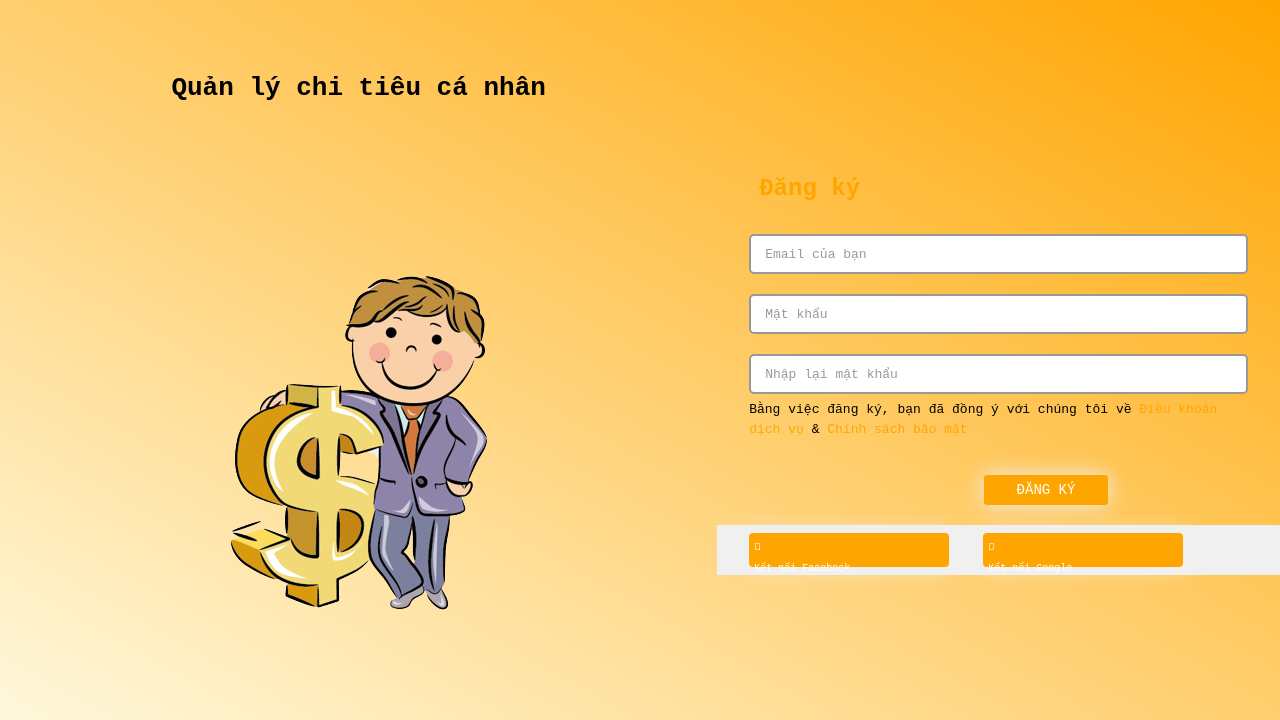
Repository: ximvhs/sochitieu
Page: login.html
These files come from the project's save history. The page is drawn as it stood at one moment and after the next save; the edit follows.
The browser window is 1280 px wide. The pictures show the whole page.
Some web fonts or font styles are not loaded; a fallback is used.

Above is the page before, as saved 2023-04-05 10:10:09.

### login.html
<!DOCTYPE html>
<html lang="en">
<head>
    <meta charset="UTF-8">
    <meta http-equiv="X-UA-Compatible" content="IE=edge">
    <meta name="viewport" content="width=device-width, initial-scale=1.0">
    <title>Đăng nhập</title>
    <link rel="stylesheet" href="./assets/css/login.css">
    <link rel="stylesheet" href="./assets/css/grid.css">
    <link rel="stylesheet" href="./assets/css/resets.css">
    <link rel="stylesheet" href="./assets/css/responsive.css">
    <link rel="stylesheet" href="./assets/css/base.css">
    <link rel="stylesheet" href="./themify-icons-font/themify-icons/themify-icons.css">
    <link rel="stylesheet" href="https://fonts.googleapis.com/css2?family=Material+Symbols+Outlined:opsz,wght,FILL,GRAD@20..48,100..700,0..1,-50..200" />
    <link rel="preconnect" href="https://fonts.googleapis.com">
    <link rel="preconnect" href="https://fonts.gstatic.com" crossorigin>
    <link href="https://fonts.googleapis.com/css2?family=Dongle:wght@700&display=swap" rel="stylesheet">
    <link rel="stylesheet" href="https://stackpath.bootstrapcdn.com/font-awesome/4.7.0/css/font-awesome.min.css"
    integrity="sha384-wvfXpqpZZVQGK6TAh5PVlGOfQNHSoD2xbE+QkPxCAFlNEevoEH3Sl0sibVcOQVnN" crossorigin="anonymous">
    <link rel="preconnect" href="https://fonts.gstatic.com">
    <link href="https://fonts.googleapis.com/css2?family=Open+Sans:ital,wght@0,400;0,600;0,700;0,800;1,400&display=swap"
    rel="stylesheet">
</head>
<body>
    <form action="">
        <div class="modal js-show_register">
                <div class="modal__body">
                    <div class="auth-form--left">
                        <H1>Quản lý chi tiêu cá nhân</H1>
                        <img src="./img/logo-login.png" alt="">
                    </div>
                    <div class="auth-form--right js-auth-form">
                        <div class="auth-form__container">
                            <div class="auth-form__header">
                                <h3 class="auth-form__heading">Đăng ký</h3>
                            </div>

                            <div class="auth-form__form">
                                <div class="auth-form__group">
                                    <input type="text" class="auth-form__input" required placeholder=" ">
                                    <div class="form-label">Email của bạn</div>
                                </div>
                                <div class="auth-form__group">
                                    <input type="password" class="auth-form__input" required placeholder=" ">
                                    <div class="form-label">Mật khẩu</div>
                                </div>
                                <div class="auth-form__group">
                                    <input type="password" class="auth-form__input" required placeholder=" ">
                                    <div class="form-label">Nhập lại mật khẩu</div>
                                </div>
                            </div>

                            <div class="auth-form__aside">
                                <p class="auth-form__policy-text">
                                    Bằng việc đăng ký, bạn đã đồng ý với chúng tôi về
                                    <a href="#" class="auth-form__text-link">Điều khoản dịch vụ</a> &
                                    <a href="#" class="auth-form__text-link">Chính sách bảo mật</a>
                                </p>
                            </div>
                            <div class="auth-form__controls">
                                <button class="btn btn--normal btn--primary">ĐĂNG KÝ</button>
                            </div>
                        </div>

                        <div class="auth-form__socials">
                            <a href="#" class="auth-form__socials--facebook btn btn--size-s btn--with-icon">
                                <i class="auth-form__socials-icon fab fa-facebook-square"></i>
                                <span class="auth-form__socials-text">Kết nối Facebook</span>
                            </a>
                            <a href="#" class="auth-form__socials--google btn btn--size-s btn--with-icon">
                                <i class="auth-form__socials-icon fab fa-google"></i>
                                <span class="auth-form__socials-text">Kết nối Google</span>
                            </a>
                        </div>
                    </div>
                </div>
        </div>
    </form>
</body>
</html>

### assets/css/login.css
.modal {
    background-image: linear-gradient(to top right, var(--primary-color), var(--secondary-color));
    height: 100vh;
}

.modal__body {
    height: 100vh;
    display: flex;
    justify-content: space-between;
    align-items: center;

}

.auth-form--left {
    height: 100vh;
    display: flex;
    justify-content: center;
    align-items: center;
    flex-wrap: wrap;
}



/* modal */
.itemhd button {
    height: 35px;
    width: 90px;
    margin-left: 10px;
    cursor: pointer;
    background-color: var(--secondary-color);
    border: none;
    border-radius: var(--border-box);
    padding: 5px;
    color: white;
    font-size: 14px;
    font-weight: 700;
}

.itemhd button:hover {
    opacity: 0.8;
}

.modal {
    position: fixed;
    z-index: 3;
    background-color: rgba(0, 0, 0, 0.5);
    top: 0;
    bottom: 0;
    right: 0;
    left: 0;
    /* display: none; */
    animation: fadeIn linear 0.1s;
    /* display: flex; */
}


.modal__body {
    position: relative;
    margin: auto;
}

.auth-form {
    width: 500px;
    background-color: white;
    border-radius: 5px;
    overflow: hidden;
    min-width: 20px;
    box-shadow: 0 0 12px rgb(0 0 0 / 70%);
    animation: Slide ease 0.5s;
}

.auth-form__container {
    padding: 0 32px;
}

.auth-form__header {
    display: flex;
    justify-content: space-between;
    align-items: center;
}

.auth-form__heading {
    font-size: 24px;
    padding: 10px;
    color: var(--secondary-color);
}

.auth-form__switch-btn {
    font-size: 16px;
    padding: 10px;
    color: var(--border-color);
}

.auth-form__switch-btn:hover {
    cursor: pointer;
    opacity: 0.7;
}

.auth-form__form input {
    width: 100%;
    height: 40px;
    padding: 12px;
    margin-bottom: 20px;
    border: solid 2px var(--border-color);
    outline: none;
    transition: all 0.5s ease;
    border-radius: 5px;
}

.auth-form__form input:focus {
    border: solid 2px var(--secondary-color);
}

.auth-form__group {
    position: relative;
}


.auth-form__group .form-label {
    position: absolute;
    font-size: 13px;
    color: var(--border-color);
    top: 35%;
    left: 16px;
    transform: translate(0,-50%);
    pointer-events: none;
    transition: all 0.3s ease;
    z-index: 1;
}

.auth-form__group .auth-form__input:not(:placeholder-shown) +.form-label,
.auth-form__group .auth-form__input:focus +.form-label {
    position: absolute;
    top: 0;
    left: 8px;
    display: inline-block;
    padding: 2px 10px;
    color: var(--secondary-color);
    font-size: 12px;
    z-index: 2;
    background-color: white;
}

.auth-form__text-link {
    text-decoration: none;
    color: var(--secondary-color);
}

.auth-form__text-link:hover {
    opacity: 0.7;
}


.auth-form__controls {
    display: flex;
    justify-content: right;
    height: 50px;
    width: 100%;
}

.auth-form__aside {
    float: right;
    margin: 0 0 14px 0;
}

.auth-form__aside a:hover {
    color: var(--secondary-color);
    cursor: pointer;
}

.auth-form__policy-text {
    margin: -14px 0 20px 0;
    transition: all 0.3s ease;
}

.auth-form__controls .btn {
    min-width: 124px;
    /* background-color: var(--white-color); */
    height: 30px;
    font-size: 14px;
    padding: 0 12px;
    border: none;
    border-radius: 3px;
    text-decoration: none;
    display: inline-flex;
    justify-content: center;
    align-items: center;
    cursor: pointer;
}

.auth-form__controls .btn:first-child {
    margin-right: 140px;
}

.auth-form__controls--back {
    border: solid 2px var(--secondary-color) !important;
    background-color: white;
    color: var(--secondary-color);
}

.auth-form__controls--back:hover {
    color: white;
    background-color: var(--secondary-color);
}

.auth-form__socials {
    height: 50px;
    display: flex;
    justify-content: space-between;
    align-items: center;
    background-color: var(--opacity-color);
}

.auth-form__socials--facebook, .auth-form__socials--google {
    width: 200px;
    height: 34px;
    font-size: 14px;
    display: flex;
    justify-content: center;
    align-items: center;
    text-decoration: none;
    padding: 5px;
}

.auth-form__socials--facebook {
    margin-left: 32px;
    background-color:#3a5a98;
}

.auth-form__socials--google {
    margin-left: 266px;
    background-color: white;
    color: black;

}

.auth-form__socials--google:hover {
    background-color: white;
    color: var(--secondary-color);
}

.logo-gg {

}

.auth-form__socials--facebook i, .auth-form__socials--google i {

}

### assets/css/grid.css
.grid {
    width: 100%;
    display: block;
    padding: 0;
}

.grid.wide {
    max-width: 1200px;
    margin: 0 auto;
}

.row {
    display: flex;
    flex-wrap: wrap;
    margin-left: -4px;
    margin-right: -4px;
}

.row.no-gutters {
    margin-left: 0;
    margin-right: 0;
}

.col {
    padding-left: 4px;
    padding-right: 4px;
}

.row.no-gutters .col {
    padding-left: 0;
    padding-right: 0;
}

.c-0 {
    display: none;
}

.c-1 {
    flex: 0 0 8.33333%;
    max-width: 8.33333%;
}

.c-2 {
    flex: 0 0 16.66667%;
    max-width: 16.66667%;
}

.c-3 {
    flex: 0 0 25%;
    max-width: 25%;
}

.c-4 {
    flex: 0 0 33.33333%;
    max-width: 33.33333%;
}

.c-5 {
    flex: 0 0 41.66667%;
    max-width: 41.66667%;
}

.c-6 {
    flex: 0 0 50%;
    max-width: 50%;
}

.c-7 {
    flex: 0 0 58.33333%;
    max-width: 58.33333%;
}

.c-8 {
    flex: 0 0 66.66667%;
    max-width: 66.66667%;
}

.c-9 {
    flex: 0 0 75%;
    max-width: 75%;
}

.c-10 {
    flex: 0 0 83.33333%;
    max-width: 83.33333%;
}

.c-11 {
    flex: 0 0 91.66667%;
    max-width: 91.66667%;
}

.c-12 {
    flex: 0 0 100%;
    max-width: 100%;
}

.c-o-1 {
    margin-left: 8.33333%;
}

.c-o-2 {
    margin-left: 16.66667%;
}

.c-o-3 {
    margin-left: 25%;
}

.c-o-4 {
    margin-left: 33.33333%;
}

.c-o-5 {
    margin-left: 41.66667%;
}

.c-o-6 {
    margin-left: 50%;
}

.c-o-7 {
    margin-left: 58.33333%;
}

.c-o-8 {
    margin-left: 66.66667%;
}

.c-o-9 {
    margin-left: 75%;
}

.c-o-10 {
    margin-left: 83.33333%;
}

.c-o-11 {
    margin-left: 91.66667%;
}

/* >= Tablet */
@media (min-width: 740px) {
    .row {
        margin-left: -8px;
        margin-right: -8px;
    }

    .col {
        padding-left: 8px;
        padding-right: 8px;
    }

    .m-0 {
        display: none;
    }

    .m-1,
    .m-2,
    .m-3,
    .m-4,
    .m-5,
    .m-6,
    .m-7,
    .m-8,
    .m-9,
    .m-10,
    .m-11,
    .m-12 {
        display: block;
    }

    .m-1 {
        flex: 0 0 8.33333%;
        max-width: 8.33333%;
    }

    .m-2 {
        flex: 0 0 16.66667%;
        max-width: 16.66667%;
    }

    .m-3 {
        flex: 0 0 25%;
        max-width: 25%;
    }

    .m-4 {
        flex: 0 0 33.33333%;
        max-width: 33.33333%;
    }

    .m-5 {
        flex: 0 0 41.66667%;
        max-width: 41.66667%;
    }

    .m-6 {
        flex: 0 0 50%;
        max-width: 50%;
    }

    .m-7 {
        flex: 0 0 58.33333%;
        max-width: 58.33333%;
    }

    .m-8 {
        flex: 0 0 66.66667%;
        max-width: 66.66667%;
    }

    .m-9 {
        flex: 0 0 75%;
        max-width: 75%;
    }

    .m-10 {
        flex: 0 0 83.33333%;
        max-width: 83.33333%;
    }

    .m-11 {
        flex: 0 0 91.66667%;
        max-width: 91.66667%;
    }

    .m-12 {
        flex: 0 0 100%;
        max-width: 100%;
    }

    .m-o-1 {
        margin-left: 8.33333%;
    }

    .m-o-2 {
        margin-left: 16.66667%;
    }

    .m-o-3 {
        margin-left: 25%;
    }

    .m-o-4 {
        margin-left: 33.33333%;
    }

    .m-o-5 {
        margin-left: 41.66667%;
    }

    .m-o-6 {
        margin-left: 50%;
    }

    .m-o-7 {
        margin-left: 58.33333%;
    }

    .m-o-8 {
        margin-left: 66.66667%;
    }

    .m-o-9 {
        margin-left: 75%;
    }

    .m-o-10 {
        margin-left: 83.33333%;
    }

    .m-o-11 {
        margin-left: 91.66667%;
    }
}

/* PC medium resolution > */
@media (min-width: 1113px) {
    .row {
        margin-left: -12px;
        margin-right: -12px;
    }

    .row.sm-gutter {
        margin-left: -5px;
        margin-right: -5px;
    }

    .col {
        padding-left: 12px;
        padding-right: 12px;
    }

    .row.sm-gutter .col {
        padding-left: 5px;
        padding-right: 5px;
    }

    .l-0 {
        display: none;
    }

    .l-1,
    .l-2,
    .l-2-4,
    .l-3,
    .l-4,
    .l-5,
    .l-6,
    .l-7,
    .l-8,
    .l-9,
    .l-10,
    .l-11,
    .l-12 {
        display: block;
    }

    .l-1 {
        flex: 0 0 8.33333%;
        max-width: 8.33333%;
    }

    .l-2 {
        flex: 0 0 16.66667%;
        max-width: 16.66667%;
    }

    .l-2-4 {
        flex: 0 0 20%;
        max-width: 20%;
    }

    .l-3 {
        flex: 0 0 25%;
        max-width: 25%;
    }

    .l-4 {
        flex: 0 0 33.33333%;
        max-width: 33.33333%;
    }

    .l-5 {
        flex: 0 0 41.66667%;
        max-width: 41.66667%;
    }

    .l-6 {
        flex: 0 0 50%;
        max-width: 50%;
    }

    .l-7 {
        flex: 0 0 58.33333%;
        max-width: 58.33333%;
    }

    .l-8 {
        flex: 0 0 66.66667%;
        max-width: 66.66667%;
    }

    .l-9 {
        flex: 0 0 75%;
        max-width: 75%;
    }

    .l-10 {
        flex: 0 0 83.33333%;
        max-width: 83.33333%;
    }

    .l-11 {
        flex: 0 0 91.66667%;
        max-width: 91.66667%;
    }

    .l-12 {
        flex: 0 0 100%;
        max-width: 100%;
    }

    .l-o-1 {
        margin-left: 8.33333%;
    }

    .l-o-2 {
        margin-left: 16.66667%;
    }

    .l-o-3 {
        margin-left: 25%;
    }

    .l-o-4 {
        margin-left: 33.33333%;
    }

    .l-o-5 {
        margin-left: 41.66667%;
    }

    .l-o-6 {
        margin-left: 50%;
    }

    .l-o-7 {
        margin-left: 58.33333%;
    }

    .l-o-8 {
        margin-left: 66.66667%;
    }

    .l-o-9 {
        margin-left: 75%;
    }

    .l-o-10 {
        margin-left: 83.33333%;
    }

    .l-o-11 {
        margin-left: 91.66667%;
    }
}

/* Tablet - PC low resolution */
@media (min-width: 740px) and (max-width: 1023px) {
    .wide {
        width: 644px;
    }
}

/* > PC low resolution */
@media (min-width: 1024px) and (max-width: 1239px) {
    .wide {
        width: 984px;
    }

    .wide .row {
        margin-left: -12px;
        margin-right: -12px;
    }

    .wide .row.sm-gutter {
        margin-left: -5px;
        margin-right: -5px;
    }

    .wide .col {
        padding-left: 12px;
        padding-right: 12px;
    }

    .wide .row.sm-gutter .col {
        padding-left: 5px;
        padding-right: 5px;
    }

    .wide .l-0 {
        display: none;
    }

    .wide .l-1,
    .wide .l-2,
    .wide .l-2-4,
    .wide .l-3,
    .wide .l-4,
    .wide .l-5,
    .wide .l-6,
    .wide .l-7,
    .wide .l-8,
    .wide .l-9,
    .wide .l-10,
    .wide .l-11,
    .wide .l-12 {
        display: block;
    }

    .wide .l-1 {
        flex: 0 0 8.33333%;
        max-width: 8.33333%;
    }

    .wide .l-2 {
        flex: 0 0 16.66667%;
        max-width: 16.66667%;
    }

    .wide .l-2-4 {
        flex: 0 0 20%;
        max-width: 20%;
    }

    .wide .l-3 {
        flex: 0 0 25%;
        max-width: 25%;
    }

    .wide .l-4 {
        flex: 0 0 33.33333%;
        max-width: 33.33333%;
    }

    .wide .l-5 {
        flex: 0 0 41.66667%;
        max-width: 41.66667%;
    }

    .wide .l-6 {
        flex: 0 0 50%;
        max-width: 50%;
    }

    .wide .l-7 {
        flex: 0 0 58.33333%;
        max-width: 58.33333%;
    }

    .wide .l-8 {
        flex: 0 0 66.66667%;
        max-width: 66.66667%;
    }

    .wide .l-9 {
        flex: 0 0 75%;
        max-width: 75%;
    }

    .wide .l-10 {
        flex: 0 0 83.33333%;
        max-width: 83.33333%;
    }

    .wide .l-11 {
        flex: 0 0 91.66667%;
        max-width: 91.66667%;
    }

    .wide .l-12 {
        flex: 0 0 100%;
        max-width: 100%;
    }

    .wide .l-o-1 {
        margin-left: 8.33333%;
    }

    .wide .l-o-2 {
        margin-left: 16.66667%;
    }

    .wide .l-o-3 {
        margin-left: 25%;
    }

    .wide .l-o-4 {
        margin-left: 33.33333%;
    }

    .wide .l-o-5 {
        margin-left: 41.66667%;
    }

    .wide .l-o-6 {
        margin-left: 50%;
    }

    .wide .l-o-7 {
        margin-left: 58.33333%;
    }

    .wide .l-o-8 {
        margin-left: 66.66667%;
    }

    .wide .l-o-9 {
        margin-left: 75%;
    }

    .wide .l-o-10 {
        margin-left: 83.33333%;
    }

    .wide .l-o-11 {
        margin-left: 91.66667%;
    }
}

### assets/css/base.css
:root {
    --primary-color:cornsilk;
    --secondary-color:orange;
    --opacity-color:#f0f0f0;
    --white-color: white;
    --border-color:#999;


    --border-box: 5px;
    --size-text: 16px;
    --size-title: 20px;
}

*{
    font-family: monospace;
    box-sizing: inherit;
    box-sizing: border-box;


}

html {
    line-height: 1.6rem;
    box-sizing: border-box;
    scroll-behavior: smooth;
}

body {
    margin: 0;
}

a {
    color: var(--text-color);
    text-decoration: none;
}

ul {
    padding-left: 0;
}

i {
    display: block;
}

li {
    list-style: none;
}

.btn {
    position: absolute;
    display: inline-block;
    background-color: var(--secondary-color);
    background-size: 200% auto;
    color: var(--white-color);
    box-shadow: 0 0 20px var(--opacity-color);
    font-size: 10px;
    border: none;
    outline: none;
    cursor: pointer;
    border-radius: 4px;
    transition: all 0.2s ease-in;
}


.btn:hover {
    background-position: right center;
    opacity: 0.8;
    text-decoration: none;
}


/* animation */
@keyframes Slide {
    from {
        opacity: 0;
        transform: translateY(-150px);
    }
    to {
        opacity: 1;
        transform: translateY(0);
    }
}

Loaded but not shown: assets/css/resets.css (no stored copy; drawn as an empty file); assets/css/responsive.css (no stored copy; drawn as an empty file)

After the next save:
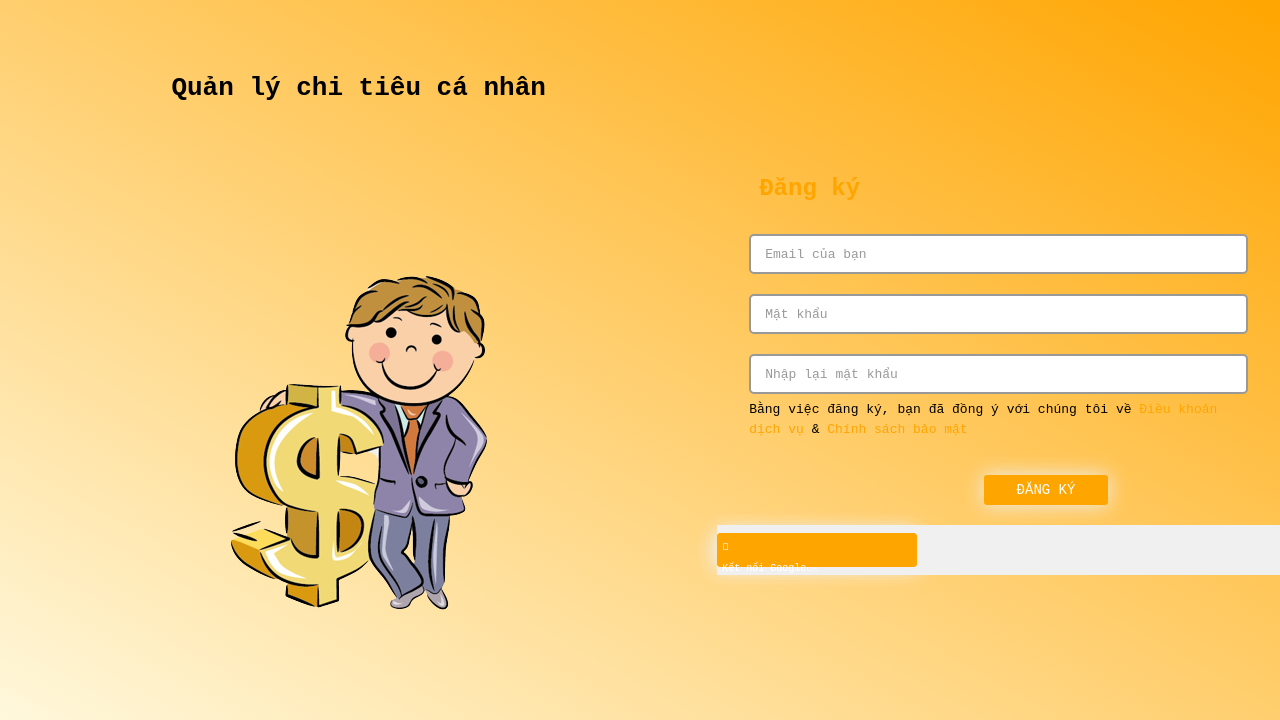
Saved 27 s later.
--- a/assets/css/login.css
+++ b/assets/css/login.css
@@ -221,28 +221,3 @@
     text-decoration: none;
     padding: 5px;
 }
-
-.auth-form__socials--facebook {
-    margin-left: 32px;
-    background-color:#3a5a98;
-}
-
-.auth-form__socials--google {
-    margin-left: 266px;
-    background-color: white;
-    color: black;
-
-}
-
-.auth-form__socials--google:hover {
-    background-color: white;
-    color: var(--secondary-color);
-}
-
-.logo-gg {
-
-}
-
-.auth-form__socials--facebook i, .auth-form__socials--google i {
-
-}
